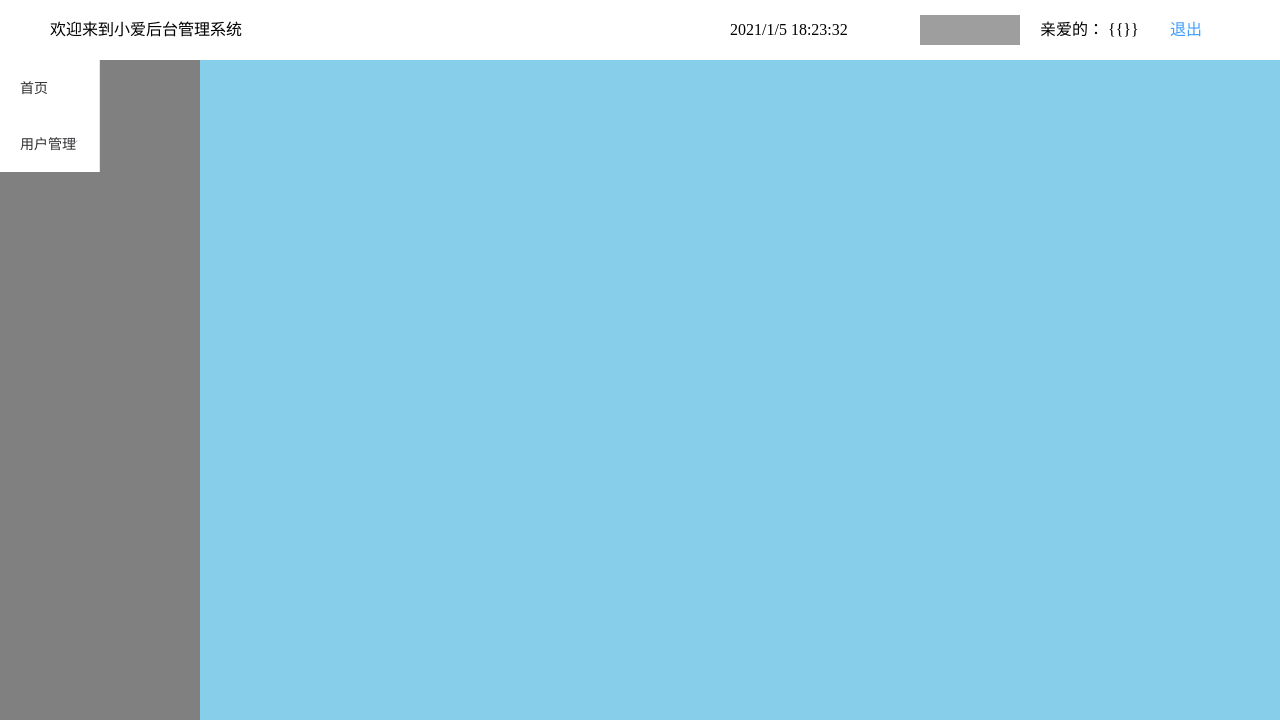
Repository: heyegang/vuex
Page: /
The author's editor kept a copy of each file at every save. The page is drawn from the files as they stood at one save, then again after the next save.
The browser window is 1280 px wide. The pictures show the whole page.
Pictures or frames that could not be fetched are drawn as grey boxes. The project was rebuilt for these pictures with package versions that can differ from the ones it lists, and the page was loaded fresh each time. Also part of the build but not shown: vue.config.js.

Above is the page before, as saved 2021-01-06 14:55:05.

After the next save:
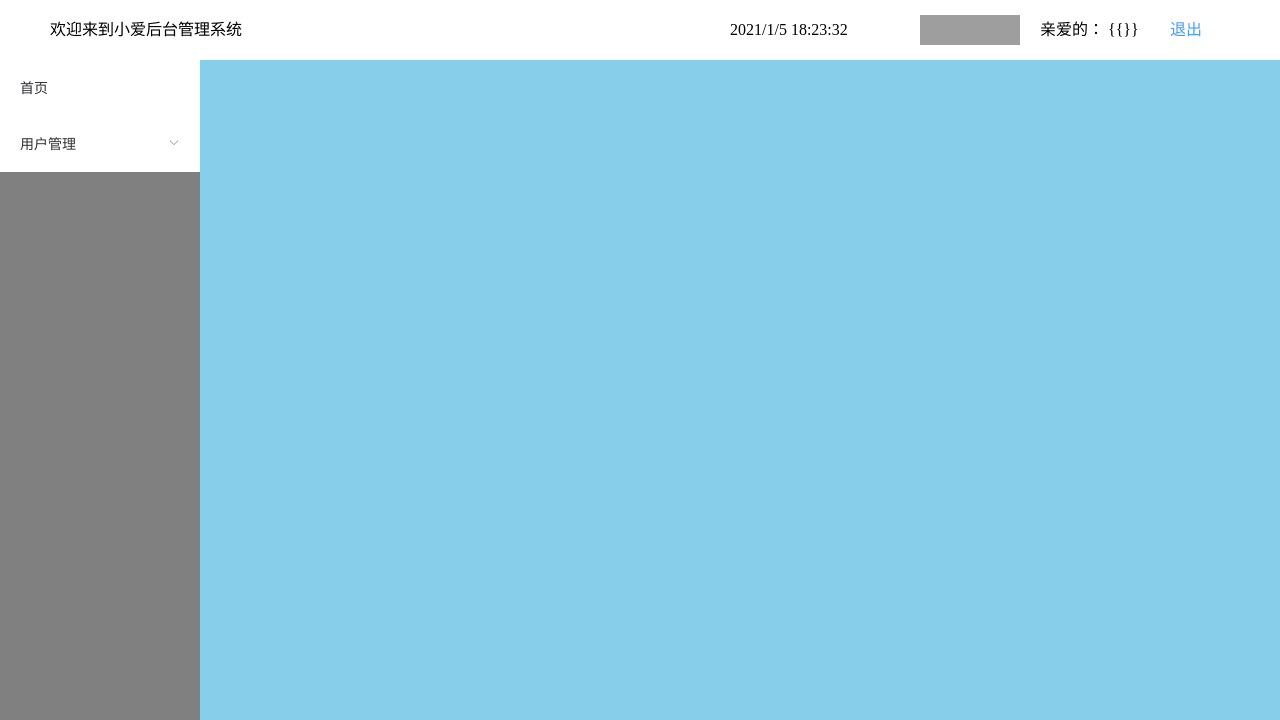
Saved 73 s later.
--- a/src/components/navsidebar/NavSidebar.vue
+++ b/src/components/navsidebar/NavSidebar.vue
@@ -57,4 +57,7 @@ export default {
 .tac{
     width: 200px;
 }
+.el-menu-vertical-demo{
+    width: 200px;
+}
 </style>
